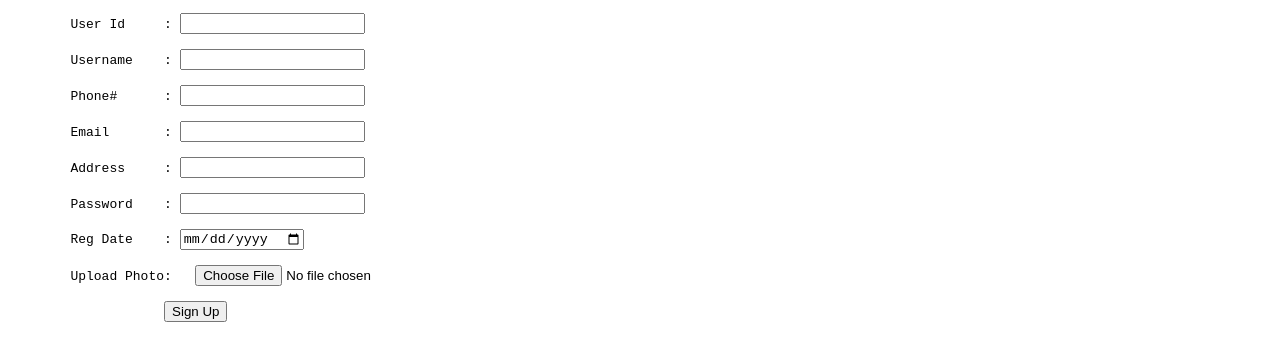
Repository: blackburn99/E-Learning-Project
Page: http://localhost/e-learning-project-frontend/registration.jsp
The author's editor kept a copy of each file at every save. The page is drawn from the files as they stood at one save, then again after the next save.
The browser window is 1280 px wide. The pictures show the whole page.
The page is served by Tomcat 9.

Above is the page before, as saved 2021-08-18 05:11:59.

After the next save:
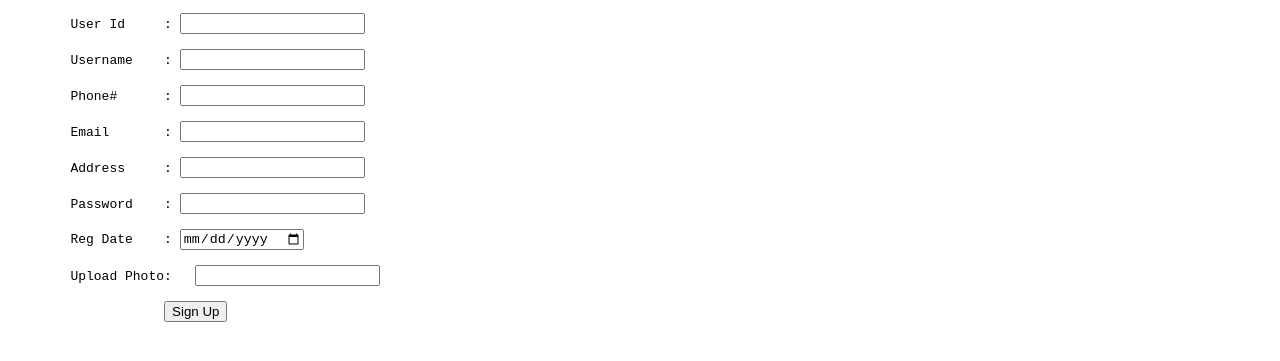
Saved 2 min 5 s later.
--- a/e-learning-project-frontend/src/main/webapp/registration.jsp
+++ b/e-learning-project-frontend/src/main/webapp/registration.jsp
@@ -16,7 +16,7 @@
         Address     : <input type="address" name="address" /><br>
         Password    : <input type="password" name="password" /><br>
         Reg Date    : <input type="date" name="reg_date" /><br>
-        Upload Photo:   <input type="file" name="upload_photo" id="fileToUpload" /><br>
+        Upload Photo:   <input type="string" name="upload_photo" /><br>
                     <input type="submit" value="Sign Up" /><br>
        </pre>
      </form>
